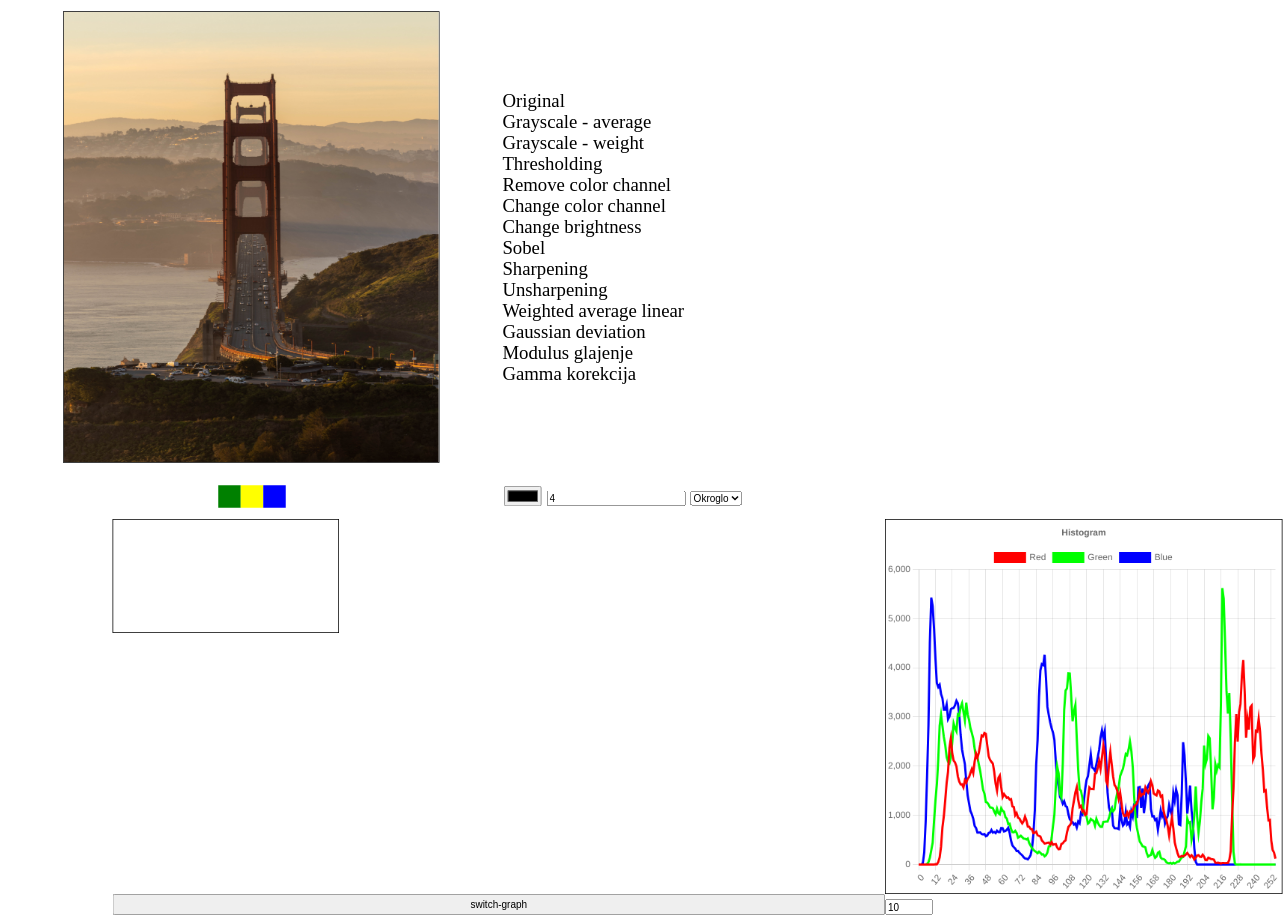
Repository: fussionko/web_photoshop
Page: index.html
The author's editor kept a copy of each file at every save. The page is drawn from the files as they stood at one save, then again after the next save.
The browser window is 1280 px wide. The page is 1710 px wide, then 1445 px, so the pictures cover 1710 px, including what lies to the right of the window. The pictures show the whole page, at 75% of full size.
Some web libraries are served in a nearby version.

Above is the page before, as saved 2022-04-28 22:53:42.

After the next save:
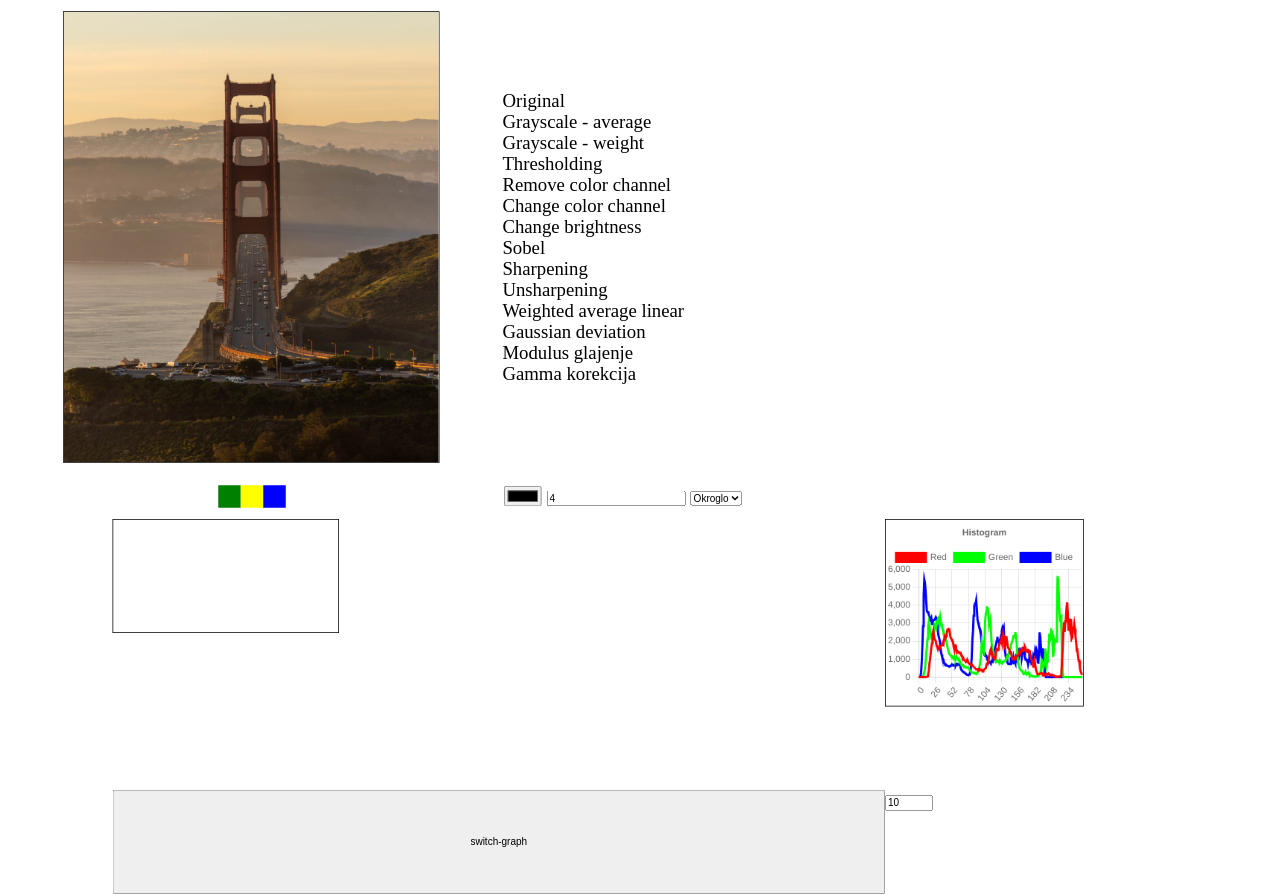
Saved 9 s later.
--- a/graph.js
+++ b/graph.js
@@ -1,6 +1,6 @@
 
-const graph_width = 530;
-const graph_height = 500;
+const graph_width = 265;
+const graph_height = 250;
 
 let main_graph;
 let graph_ctx;
